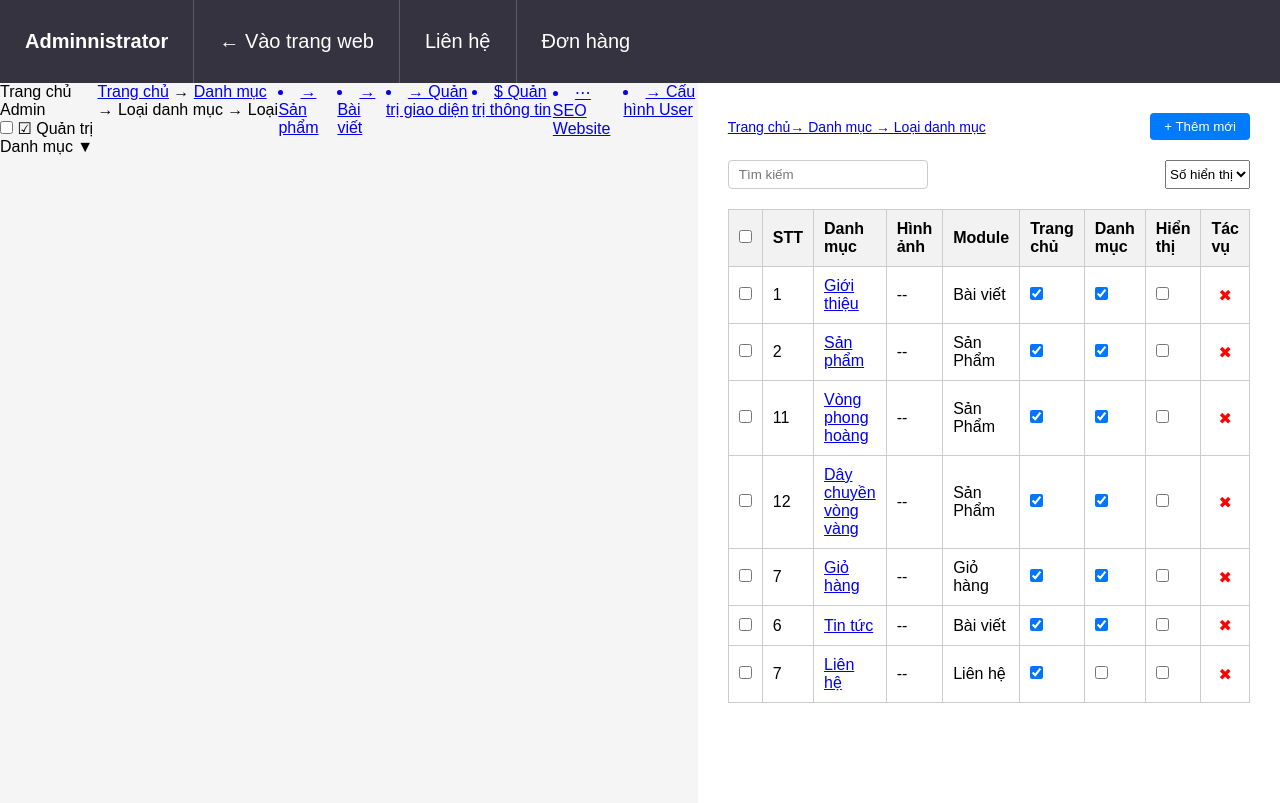
Repository: TranTanDat0606/Du-An-1
Page: Admin]/admin.html
The author's editor kept a copy of each file at every save. The page is drawn from the files as they stood at one save, then again after a run of saves.
The browser window is 1280 px wide. The pictures show the whole page.

Above is the page before, as saved 2025-07-31 08:55:37.

### Admin]/admin.html
<!DOCTYPE html>
<html lang="vi">
<head>
    <meta charset="UTF-8" />
    <meta name="viewport" content="width=device-width, initial-scale=1.0"/>
    <title>Quản lý danh mục</title>
    <link rel="stylesheet" href="admin.css" />
</head>
<body>
<header class="admin-navbar">
    <div class="admin-navbar-item left">Adminnistrator</div>
    <a href="#" class="admin-navbar-item">← Vào trang web</a>
    <a href="#" class="admin-navbar-item">Liên hệ</a>
    <a href="#" class="admin-navbar-item">Đơn hàng</a>
</header>
    <div class="admin-container">
<div class="admin-sidebar">
    <div class="admin-title">Trang chủ Admin</div>
    <div class="dropdown">
        <input type="checkbox" id="menu-toggle"/>
        <label for="menu-toggle" class="dropdown-label">☑ Quản trị Danh mục ▼</label>
</div>
</div>
    <div class="admin-main">
        <div class="breadcrumb">
            <a href="#">Trang chủ</a> → <a href="#">Danh mục</a> → <span>Loại danh mục</span> → <span>Loại</span>
        </div>
    </div>

        </li>
        <a href="#"><li>→ Sản phẩm</li></a>
        <a href="#"><li>→ Bài viết</li></a>
        <a href="#"><li>→ Quản trị giao diện</li></a>
        <a href="#"><li>$ Quản trị thông tin</li></a>
        <a href="#"><li>⋯ SEO Website</li></a>
        <a href="#"><li>→ Cấu hình User</li></a>
    </ul>
    </aside>
    <main class="main-content">
    <div class="header-bar">
        <span class="breadcrumbs"><a href="#">Trang chủ→ </a><a href="#">Danh mục → </a><a href="#">Loại danh mục</a></span>
        <button class="btn-new">+ Thêm mới</button>
    </div>

    <div class="table-toolbar">
        <input type="text" class="search-input" placeholder="Tìm kiếm" />
        <select>
    <option>Số hiển thị</option>
        </select>
    </div>
    <table>
        <thead>
    <tr>
            <th><input type="checkbox" /></th>
            <th>STT</th>
            <th>Danh mục</th>
            <th>Hình ảnh</th>
            <th>Module</th>
            <th>Trang chủ</th>
            <th>Danh mục</th>
            <th>Hiển thị</th>
            <th>Tác vụ</th>
    </tr>
        </thead>
        <tbody>
    <tr>
            <td><input type="checkbox" /></td>
            <td>1</td>
            <td><a href="#">Giới thiệu</a></td>
            <td>--</td>
            <td>Bài viết</td>
            <td><input type="checkbox" checked /></td>
            <td><input type="checkbox" checked /></td>
            <td><input type="checkbox" /></td>
            <td class="text-danger">✖</td>
    </tr>
    <tr>
            <td><input type="checkbox" /></td>
            <td>2</td>
            <td><a href="#">Sản phẩm</a></td>
            <td>--</td>
            <td>Sản Phẩm</td>
            <td><input type="checkbox" checked /></td>
            <td><input type="checkbox" checked /></td>
            <td><input type="checkbox" /></td>
            <td class="text-danger">✖</td>
    </tr>
    <tr>
        <td><input type="checkbox" /></td>
        <td>11</td>
        <td><a href="#">Vòng phong hoàng</a></td>
        <td>--</td>
        <td>Sản Phẩm</td>
        <td><input type="checkbox" checked /></td>
        <td><input type="checkbox" checked /></td>
        <td><input type="checkbox" /></td>
        <td class="text-danger">✖</td>
    </tr>
    <tr>
        <td><input type="checkbox" /></td>
        <td>12</td>
        <td><a href="#">Dây chuyền vòng vàng</a></td>
        <td>--</td>
        <td>Sản Phẩm</td>
        <td><input type="checkbox" checked /></td>
        <td><input type="checkbox" checked /></td>
        <td><input type="checkbox" /></td>
        <td class="text-danger">✖</td>
    </tr>
    <tr>
        <td><input type="checkbox" /></td>
        <td>7</td>
        <td><a href="#">Giỏ hàng</a></td>
        <td>--</td>
        <td>Giỏ hàng</td>
        <td><input type="checkbox" checked /></td>
        <td><input type="checkbox" checked /></td>
        <td><input type="checkbox" /></td>
        <td class="text-danger">✖</td>
    </tr>
    <tr>
        <td><input type="checkbox" /></td>
        <td>6</td>
        <td><a href="#">Tin tức</a></td>
        <td>--</td>
        <td>Bài viết</td>
        <td><input type="checkbox" checked /></td>
        <td><input type="checkbox" checked /></td>
        <td><input type="checkbox"/></td>
        <td class="text-danger">✖</td>
    </tr>
    <tr>
        <td><input type="checkbox" name="" id=""></td>
        <td>7</td>
        <td><a href="#"> Liên hệ </a></td>
        <td>--</td>
        <td>Liên hệ</td>
        <td><input type="checkbox" checked></td>
        <td><input type="checkbox"></td>
        <td><input type="checkbox"></td>
        <td class="text-danger">✖</td>
    </tr>
        </tbody>
    </table>
    </main>
    </div>
</body>
</html>

### Admin]/admin.css
* {
    margin: 0;
    padding: 0;
    box-sizing: border-box;
    font-family: sans-serif;
}
/* header */
/* Thanh navbar admin */
.admin-navbar {
    display: flex;
    background-color: #35333f;
    /* Màu nền đậm */
    color: #fff;
    font-size: 20px;
    font-family: sans-serif;
    font-weight: 400;
}

.admin-navbar-item {
    padding: 30px 25px;
    color: #fff;
    text-decoration: none;
    border-left: 1px solid #5c5a65;
    /* Đường kẻ giữa các mục */
    display: flex;
    align-items: center;
}
/* Mục đầu tiên không có đường viền trái */
.admin-navbar-item.left {
    border-left: none;
    font-weight: bold;
}
/* Topbar admin */
.topbar {
    background-color: #2f2e38;
    color: white;
    display: flex;
    justify-content: space-between;
    align-items: center;
    padding: 20px 25px;
    font-size: 24px;
}

.topbar-left {
    font-weight: bold;

}

.topbar-right a {
    color: white;
    text-decoration: none;
    margin-left: 100px;
    border-left:4px solid #555;
    padding-left: 170px
}

.topbar-right a:first-child {
    border-left: none;
    padding-left: 0;
}
body {
    background: #f5f5f5;
}

.admin-container {
    display: flex;
    height: 100vh;
}

/* Sidebar */
.sidebar {
    width: 250px;
    background: #fff;
    border-right: 1px solid #ccc;
    padding: 20px;
}

.sidebar h2 {
    margin-bottom: 15px;
    font-size: 20px;
}

.sidebar ul {
    list-style: none;
}

.sidebar li {
    margin-bottom: 10px;
    font-size: 15px;
}

.sidebar .submenu {
    margin-left: 15px;
}

.sidebar a {
    color: #007bff;
    text-decoration: none;
}

/* Main Content */
.main-content {
    flex: 1;
    padding: 30px;
    background: #fff;
}

.header-bar {
    display: flex;
    justify-content: space-between;
    align-items: center;
}

.breadcrumbs {
    color: #555;
    font-size: 14px;
}

.btn-new {
    background: #007bff;
    color: #fff;
    border: none;
    padding: 6px 14px;
    border-radius: 4px;
    cursor: pointer;
}

.table-toolbar {
    margin: 20px 0;
    display: flex;
    justify-content: space-between;
}

.search-input {
    padding: 6px 10px;
    width: 200px;
    border: 1px solid #ccc;
    border-radius: 4px;
}

table {
    width: 100%;
    border-collapse: collapse;
    background: #fff;
}

table th,
table td {
    border: 1px solid #ccc;
    padding: 10px;
    text-align: left;
}

table th {
    background: #f2f2f2;
}

.text-danger {
    color: red;
    text-align: center;
}

After the next 2 saves:
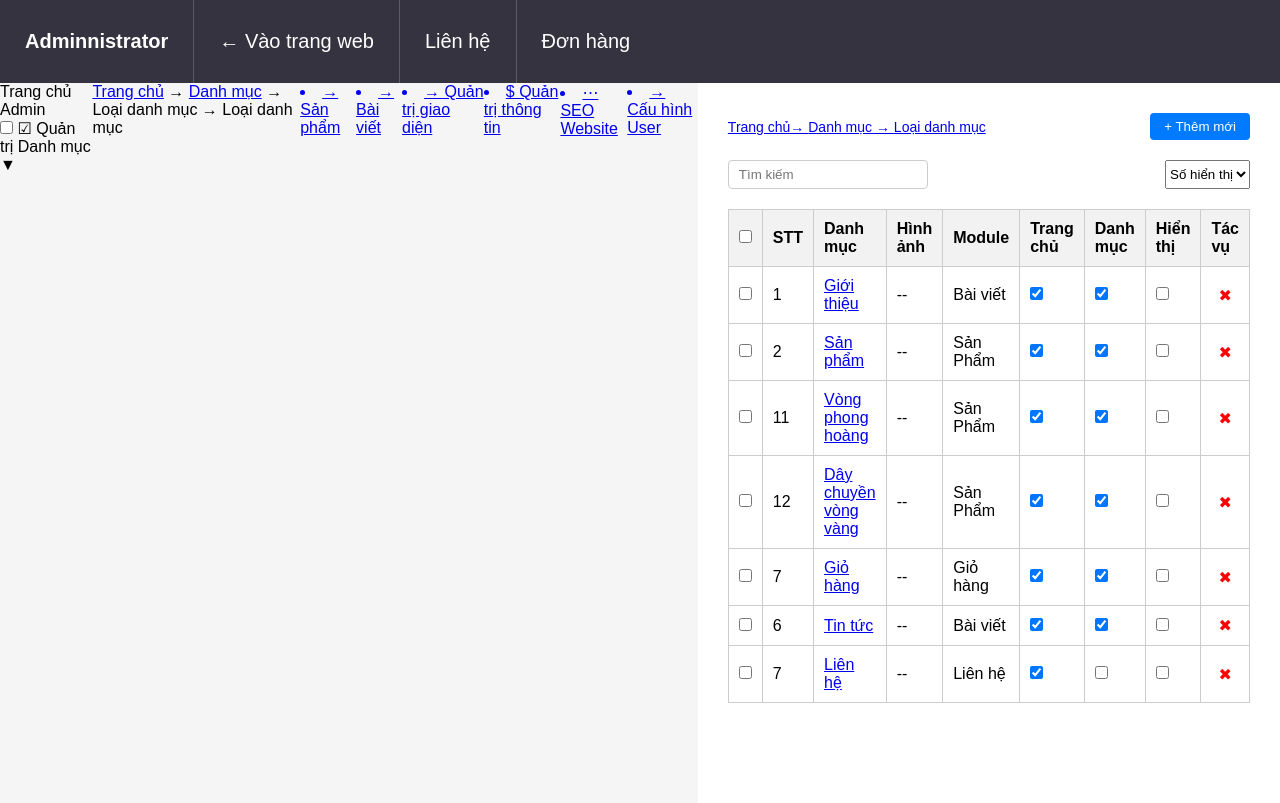
The 2 saves are shown as one change because they came seconds apart.
The last was saved 9 s later.
--- a/Admin]/admin.html
+++ b/Admin]/admin.html
@@ -23,7 +23,7 @@
 </div>
     <div class="admin-main">
         <div class="breadcrumb">
-            <a href="#">Trang chủ</a> → <a href="#">Danh mục</a> → <span>Loại danh mục</span> → <span>Loại</span>
+            <a href="#">Trang chủ</a> → <a href="#">Danh mục</a> → <span>Loại danh mục</span> → <span>Loại danh mục</span>
         </div>
     </div>
 
